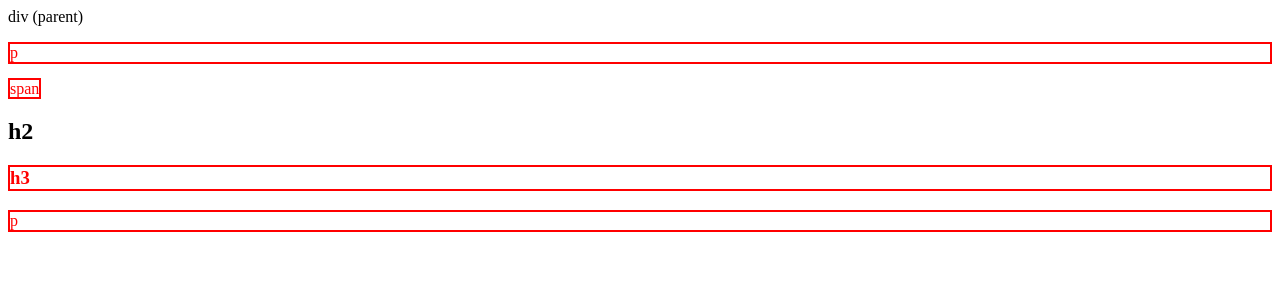
Repository: sudheerj/jQuery
Page: jQueryExamples/chapter03/AdjacentSiblingSelector.html
The author's editor kept a copy of each file at every save. The page is drawn from the files as they stood at one save, then again after the next save.
The browser window is 1280 px wide. The pictures show the whole page.

Above is the page before, as saved 2016-10-21 03:14:39.

### jQueryExamples/chapter03/AdjacentSiblingSelector.html
<!DOCTYPE html>
<head>
	<title>jQuery Descendants</title>
	<script type="text/javascript" src="..\jquery\jquery-3.1.1.min.js"></script>

	<script>
		$(document).ready(function() {
			$("h2").siblings().css({
				"color" : "red",
				"border" : "2px solid red"
			});
		});
	</script>
</head>
<body class="siblings">

	<div>
		div (parent)
		<p>
			p
		</p>
		<span>span</span>
		<h2>h2</h2>
		<h3>h3</h3>
		<p>
			p
		</p>
	</div>

</body>
</html>

Loaded but not shown: jQueryExamples/jquery/jquery-3.1.1.min.js (library)

After the next save:
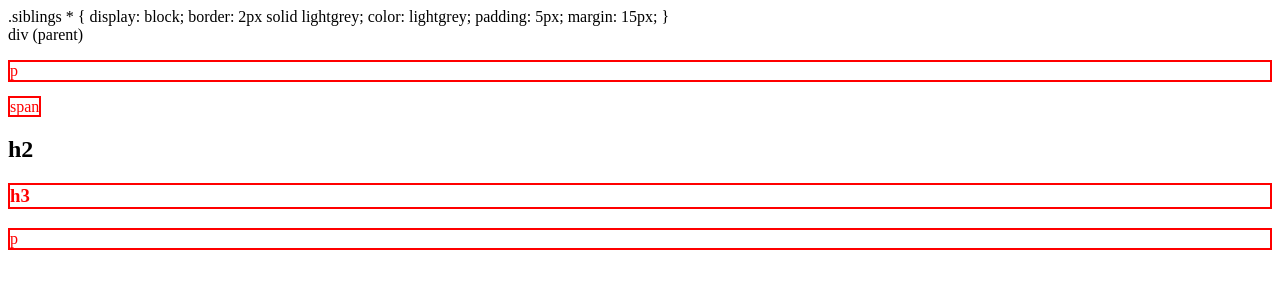
Saved 15 s later.
--- a/jQueryExamples/chapter03/AdjacentSiblingSelector.html
+++ b/jQueryExamples/chapter03/AdjacentSiblingSelector.html
@@ -2,7 +2,13 @@
 <head>
 	<title>jQuery Descendants</title>
 	<script type="text/javascript" src="..\jquery\jquery-3.1.1.min.js"></script>
-
+	.siblings * {
+    display: block;
+    border: 2px solid lightgrey;
+    color: lightgrey;
+    padding: 5px;
+    margin: 15px;
+}
 	<script>
 		$(document).ready(function() {
 			$("h2").siblings().css({
